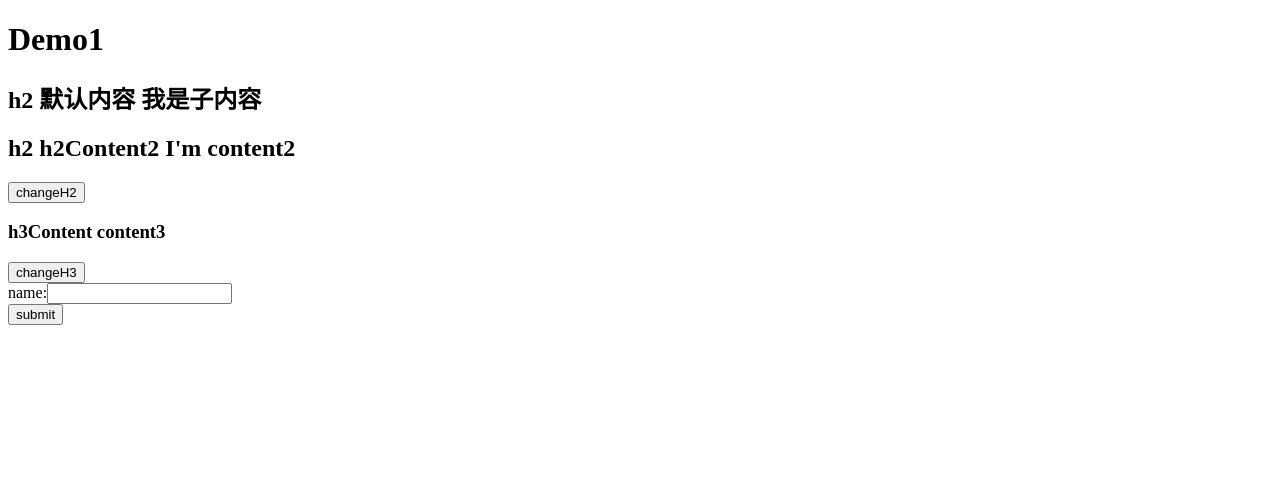
Repository: SlimShadyBaby/study-vue
Page: code/003-JavaScript/demo1.html
An editor plug-in stored every save of this project. The page is shown before and after the next save, followed by the edit.
The browser window is 1280 px wide. The pictures show the whole page.

Above is the page before, as saved 2021-09-07 20:15:17.

After the next save:
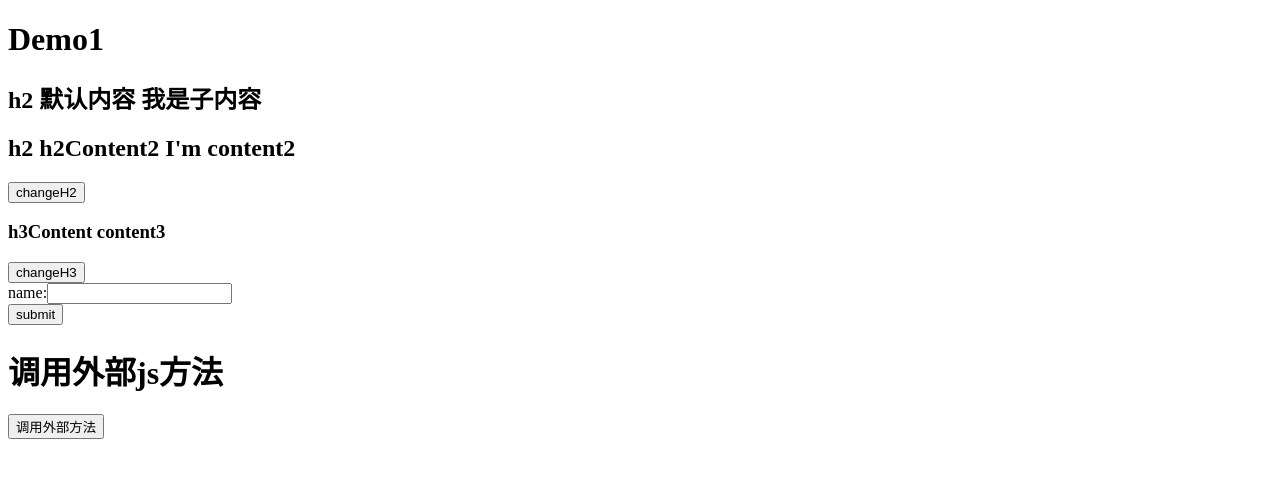
Saved 63 s later.
--- a/code/003-JavaScript/demo1.html
+++ b/code/003-JavaScript/demo1.html
@@ -54,7 +54,9 @@
         name:<input type="text" id="textName">
         <br>
         <input type="submit" value="submit">
+    </form>
 
-    </form>
+    <h1>调用外部js方法</h1>
+    <input type="button" value="调用外部方法" onclick="outCode();">
 </body>
 </html>
